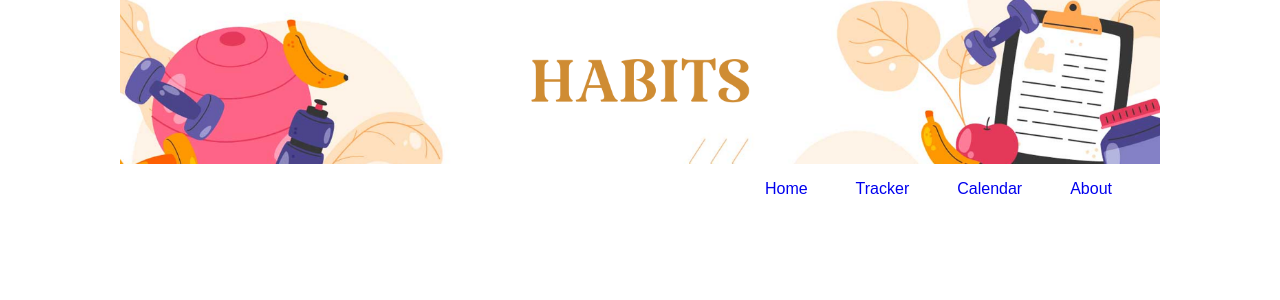
Repository: SandyLy453/habit-tracker
Page: http://localhost/
An editor plug-in stored every save of this project. The page is shown before and after the next save, followed by the edit.
The browser window is 1280 px wide. The pictures show the whole page.
The page is served by the project's Node server (server.js).

Above is the page before, as saved 2025-03-14 17:32:07.

### views/pages/home.ejs
<%- include('../partials/header') %>

### views/partials/header.ejs
<!DOCTYPE html>
<html lang="en">
<head>
    <meta charset="UTF-8">
    <meta name="viewport" content="width=device-width, initial-scale=1.0">
    <title>
        <%= typeof title != 'undefined' ? title : 'Page Title' %>
    </title>
    <link rel="stylesheet" href="/styles.css">
</head>
<body>
    <header>
        <div class="header_container">
            <img src="/images/home_banner.png" />
            <ul class="header">
                <li><a href="/" class="header_items">Home</a></li>
                <li><a href="/tracker" class="header_items">Tracker</a></li>
                <li><a href="/calendar" class="header_items">Calendar</a></li>
                <li><a href="/about" class="header_items">About</a></li>
            </ul>
        </div>
    </header>
</body>
</html>

### server.js
import pg from 'pg';
import express from 'express';
import bodyParser from 'body-parser';
import dotenv from 'dotenv';


dotenv.config();

// Database setup
const db = new pg.Client({
  user: process.env.DB_USER,
  host: process.env.DB_HOST,
  database: process.env.DB_DATABASE,
  password: process.env.DB_PASSWORD,
  port: process.env.DB_PORT,
});

db.connect()
  .then(() => {
    console.log('Connected to the database');
  })
  .catch(err => {
    console.error('Database connection error:', err.stack);
  });

const app = express();
const port = 3000;

// Middleware
app.use(bodyParser.urlencoded({ extended: true }));
app.use(express.static('public'));  // Serve static files from the public folder
app.set('view engine', 'ejs');

// Routes
app.get('/', (req, res) => {
  res.render('pages/home', {
    title: "Personal Habit Tracker",
    paragraph: "Track your progress today for better habits."
  });
});

app.get('/calendar', (req, res) => {
  res.render('pages/calendar', {
    title: "My Calendar",
    paragraph: " "
  });
});

app.get('/about', (req, res) => {
  res.render('pages/about', {
    title: "About"
  });
});

app.listen(port, () => {
  console.log(`App listening at port ${port}`);
});

### public/styles.css
body {
    font-family: Arial, sans-serif;
    text-align: center;
    margin: 0 120px;
}

input, button {
    margin: 5px;
    padding: 8px;
}

/* Header */
.header_container img {
    margin: 0;
    padding: 0;
    display: block;
    width: 100%;
    height: 100%;
    object-fit: cover;
}

.header {
    display: flex;
    flex-direction: row;
    justify-content:flex-end;
    list-style: none;
}

.header_items {
    text-decoration: none;
    margin-right: 3rem;
}

After the next save:
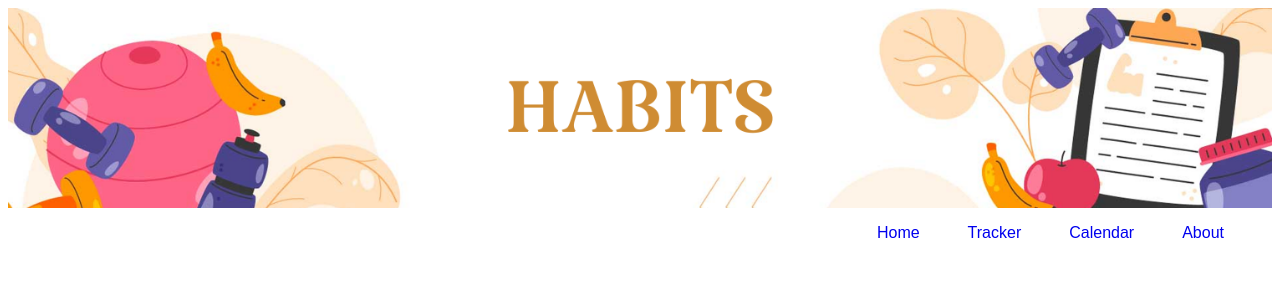
Saved 52 s later.
--- a/public/styles.css
+++ b/public/styles.css
@@ -1,7 +1,6 @@
 body {
     font-family: Arial, sans-serif;
     text-align: center;
-    margin: 0 120px;
 }
 
 input, button {
